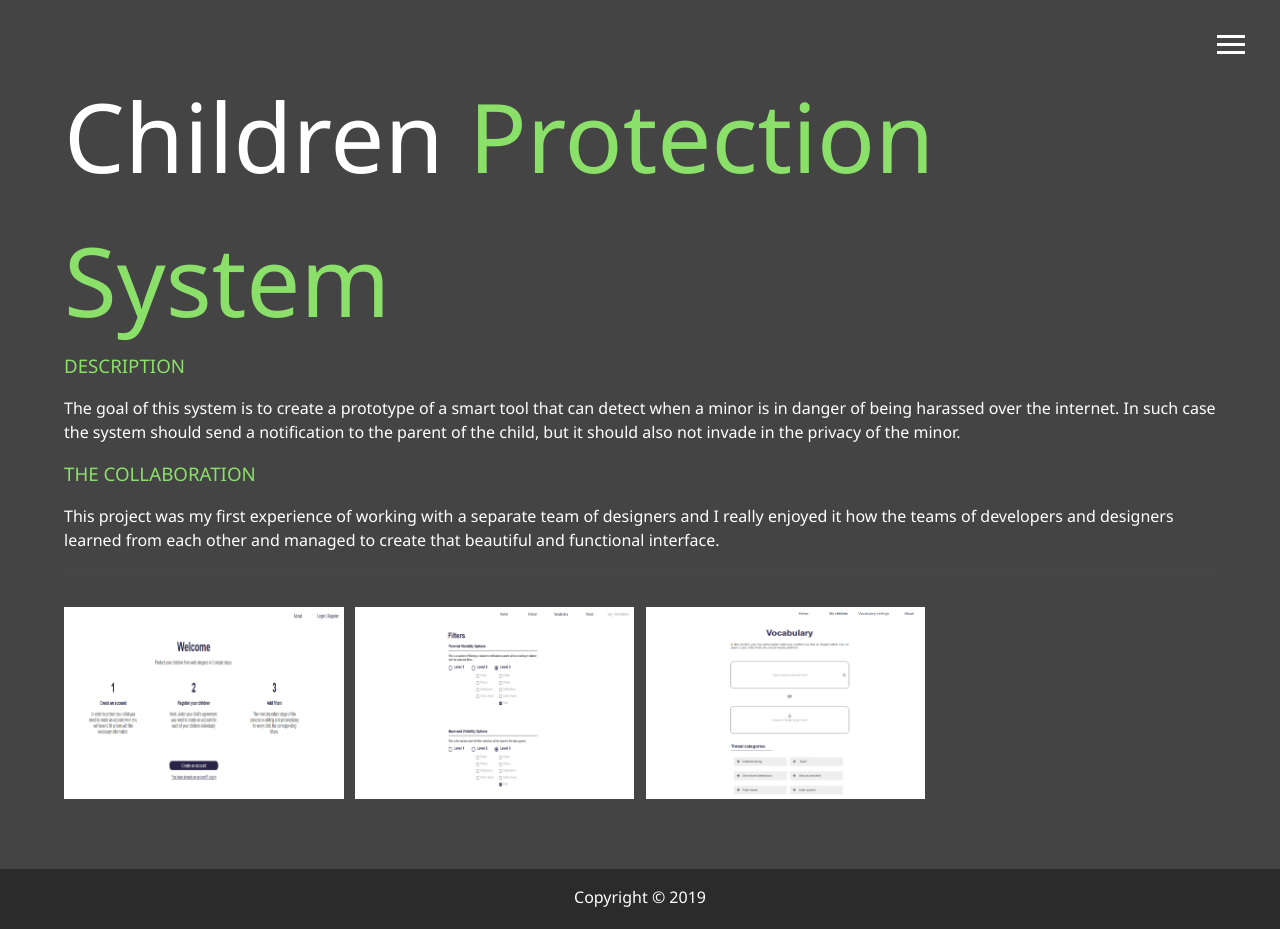
Repository: Preap/portfolio
Page: dist/projects/stockcontrol.html
The author's editor kept a copy of each file at every save. The page is drawn from the files as they stood at one save, then again after the next save.
The browser window is 1280 px wide. The pictures show the whole page.
Some web libraries are served in a nearby version.

Above is the page before, as saved 2019-06-06 02:45:02.

After the next save:
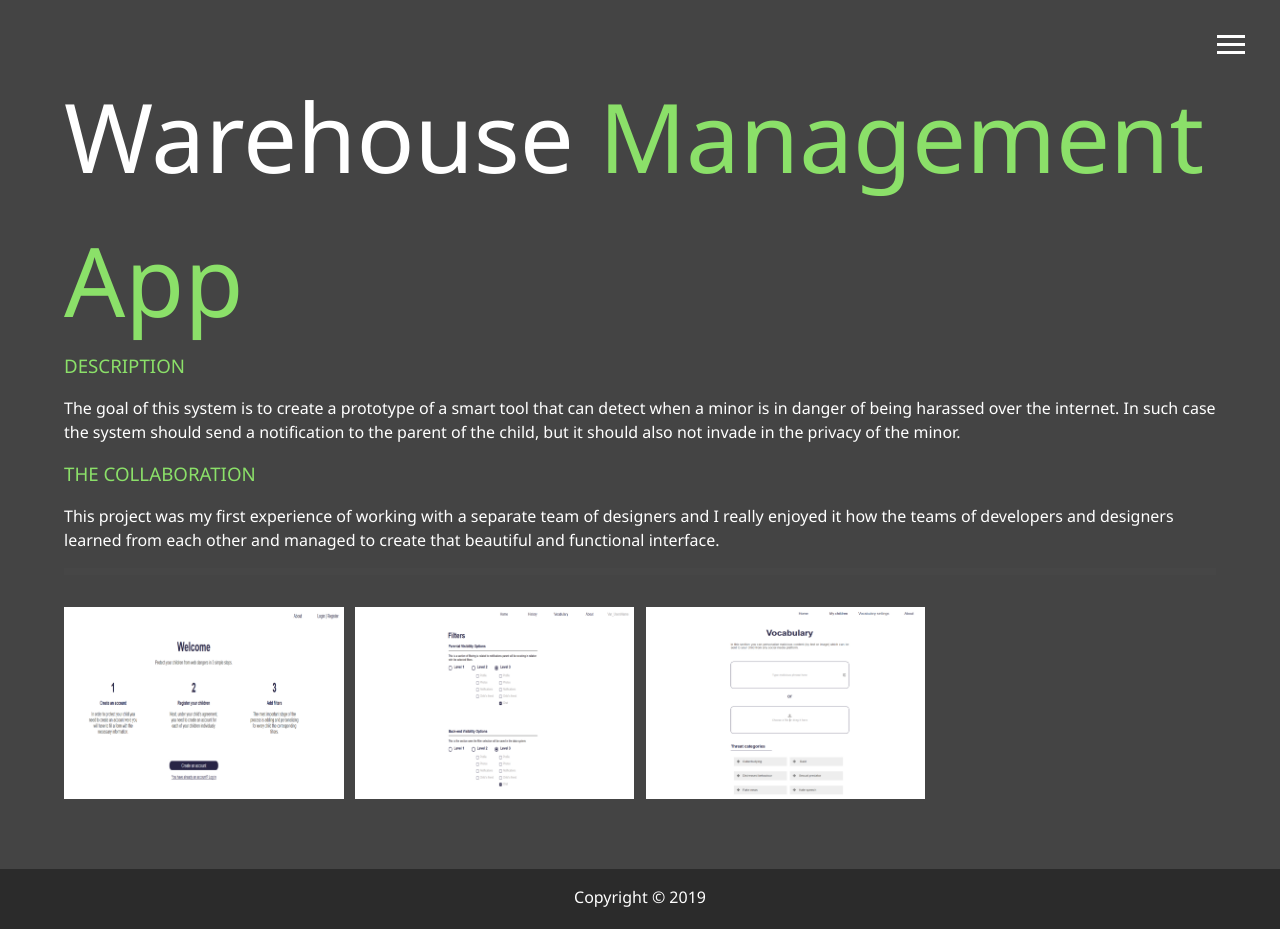
Saved 38 s later.
--- a/dist/projects/stockcontrol.html
+++ b/dist/projects/stockcontrol.html
@@ -11,7 +11,7 @@
       crossorigin="anonymous"
     />
     <link rel="stylesheet" href="../css/main.css" />
-    <title>Encase Project</title>
+    <title>Android Project</title>
   </head>
   <body>
     <header>
@@ -43,7 +43,7 @@
 
     <main id="work">
       <h1 class="lg-heading">
-        Children <span class="text-secondary">Protection System</span>
+        Warehouse <span class="text-secondary">Management App</span>
       </h1>
 
       <div class="project-description">
